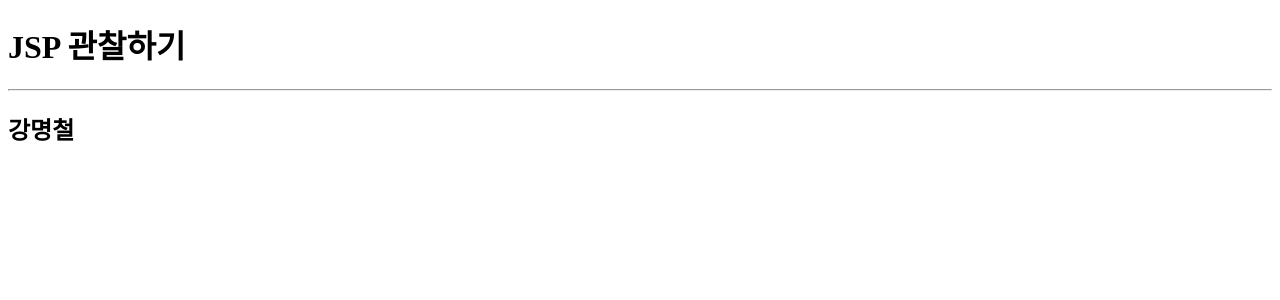
Repository: god5228god/Jsp
Page: http://localhost/WebApp04/JspTest001.jsp
These files come from the project's save history. The page is drawn as it stood at one moment and after the next save; the edit follows.
The browser window is 1280 px wide. The pictures show the whole page.
The page is served by Tomcat 9. Other server files are loaded and not shown.

Above is the page before, as saved 2026-02-27 00:39:36.

### WebApp04/WebContent/JspTest001.jsp
<%@ page contentType="text/html; charset=UTF-8"%>
<%
	/* 스크립릿 스크립트릿 스크립틀릿 (Scriptlet) 영역 */
	String name = "강명철";
%>
<!DOCTYPE html>
<html>
<head>
<meta charset="UTF-8">
<title>JspTest001.jsp</title>
</head>
<body>
	<div>
		<h1>JSP 관찰하기</h1>
		<hr>
	</div>

<!-- 주석 처리 -->
<%-- 주석 처리 --%>
<div>
	<!-- <h2>강명철</h2> -->
	<h2><%=name %></h2>
</div>

</body>
</html>

After the next save:
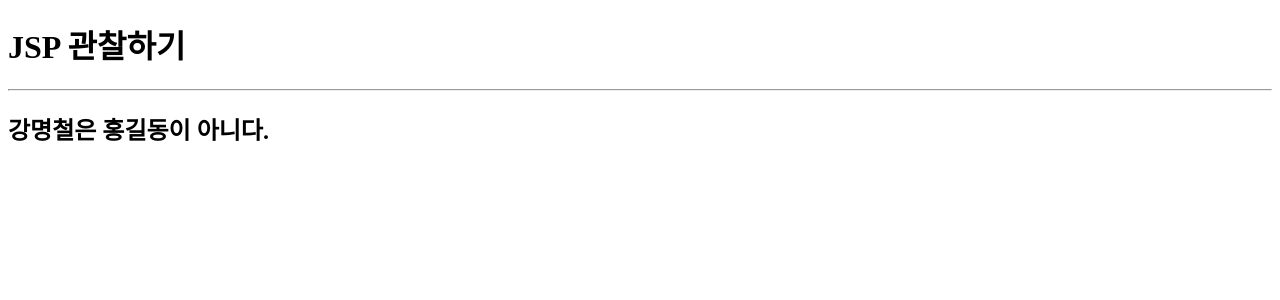
Saved 46 s later.
--- a/WebApp04/WebContent/JspTest001.jsp
+++ b/WebApp04/WebContent/JspTest001.jsp
@@ -2,6 +2,7 @@
 <%
 	/* 스크립릿 스크립트릿 스크립틀릿 (Scriptlet) 영역 */
 	String name = "강명철";
+	name+= "은 홍길동이 아니다.";
 %>
 <!DOCTYPE html>
 <html>
